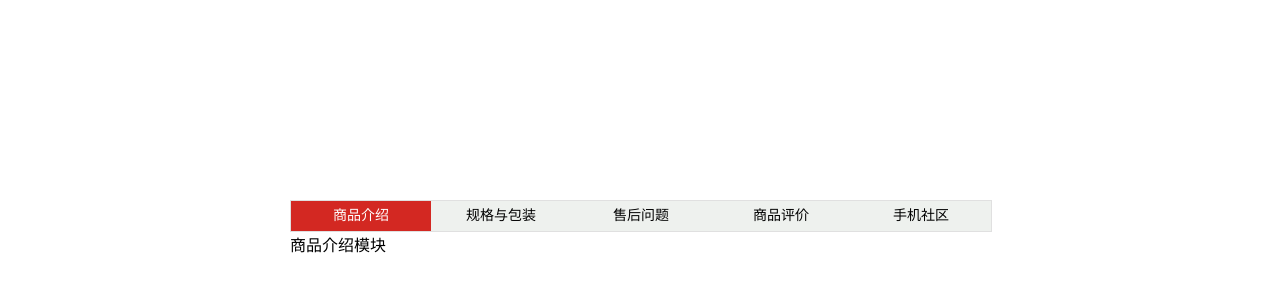
Repository: Sky0258/study
Page: js/tab案例.html
The author's editor kept a copy of each file at every save. The page is drawn from the files as they stood at one save, then again after the next save.
The browser window is 1280 px wide. The pictures show the whole page.

Above is the page before, as saved 2022-09-11 15:03:03.

### js/tab案例.html
<!DOCTYPE html>
<html lang="en">

<head>
    <meta charset="UTF-8">
    <meta http-equiv="X-UA-Compatible" content="IE=edge">
    <meta name="viewport" content="width=device-width, initial-scale=1.0">
    <title>Document</title>
</head>
<style>
    * {
        padding: 0;
        margin: 0;
    }
    .tab {
        width: 700px;
        margin: 200px auto;
        /* border: 1px solid #e0e0e0; */
    }
    ul {
        display: flex;
        width: 100%;
        background-color: #eef1ee;
        border: 1px solid #e0e0e0;
    }
    li {
        list-style: none;
        /* border: 1px solid #e0e0e0; */
        width: 20%;
        text-align: center;
        height: 30px;
        line-height: 30px;
        font-size: 14px;
        cursor: pointer;
    }
    .current {
        background: #d32822;
        color: white;
    }
    .item div {
        display: none;
    }
</style>
<body>
    <div class="tab">
        <!-- tab标签头部 -->
        <ul>
            <li class="current">商品介绍</li>
            <li>规格与包装</li>
            <li>售后问题</li>
            <li>商品评价</li>
            <li>手机社区</li>
        </ul>

        <!-- 对应每个卡片的内容区域 -->
        <div class="item">
            <div style="display: block;">商品介绍模块</div>
            <div>规格与包装模块</div>
            <div>售后保障模块</div>
            <div>商品评价模块</div>
            <div>手机社区模块</div>
        </div>
    </div>

</body>
<script>
    var tabLi = document.querySelectorAll('li');
    var tabDiv = document.querySelector('.item').querySelectorAll('div');

    for(var i = 0;i < tabLi.length;i++) {
        // 为每个li设置序号，后面对应展示第几个选项卡
        tabLi[i].setAttribute('index',i);

        tabLi[i].onclick = function() {
            // 修改被点击的li的样式
            for(var j = 0;j < tabLi.length;j++) {
                tabLi[j].className = '';
            }
            this.className = 'current';

            // 对应选项卡的展示
            var index = this.getAttribute('index');

            for(var k = 0;k <tabDiv.length;k++) {
                tabDiv[k].style.display = 'none';
            }
            tabDiv[index].style.display = 'block';
        }
    }
</script>
</html>

After the next save:
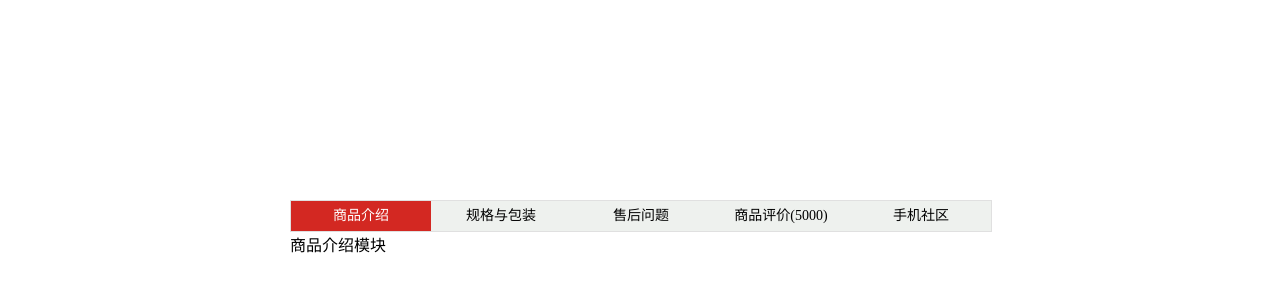
Saved 12 s later.
--- a/js/tab案例.html
+++ b/js/tab案例.html
@@ -48,7 +48,7 @@
             <li class="current">商品介绍</li>
             <li>规格与包装</li>
             <li>售后问题</li>
-            <li>商品评价</li>
+            <li>商品评价(5000)</li>
             <li>手机社区</li>
         </ul>
 
